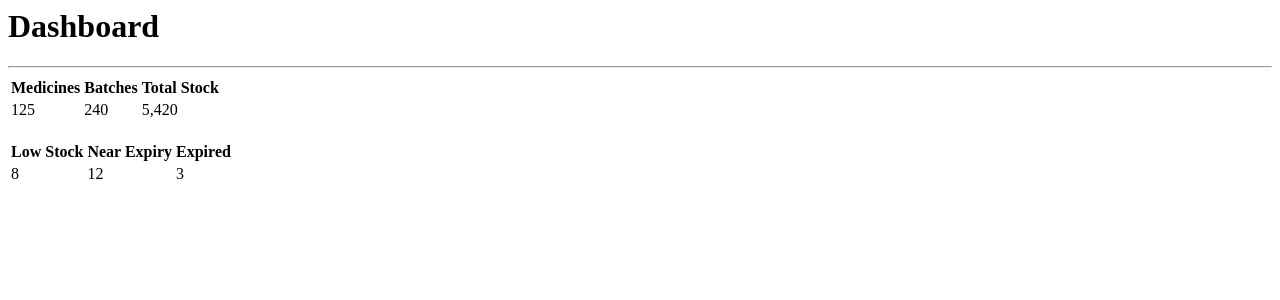
Repository: AbHiShEk200428/Medicine-Manager
Page: dashboard.html
The author's editor kept a copy of each file at every save. The page is drawn from the files as they stood at one save, then again after the next save.
The browser window is 1280 px wide. The pictures show the whole page.

Above is the page before, as saved 2026-10-28 17:00:16.

After the next save:
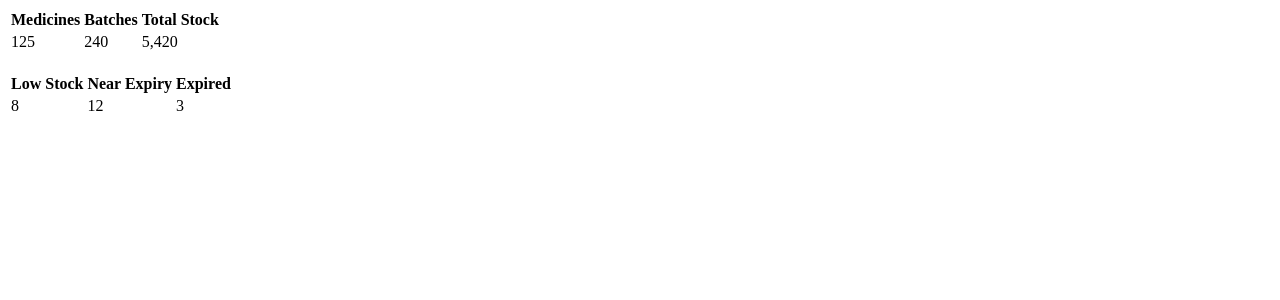
Saved 15 s later.
--- a/dashboard.html
+++ b/dashboard.html
@@ -1,6 +1,4 @@
 
-    <h1 id="Menubar_Call">Dashboard</h1>
-    <hr>
     <table>
 
         <thead>
